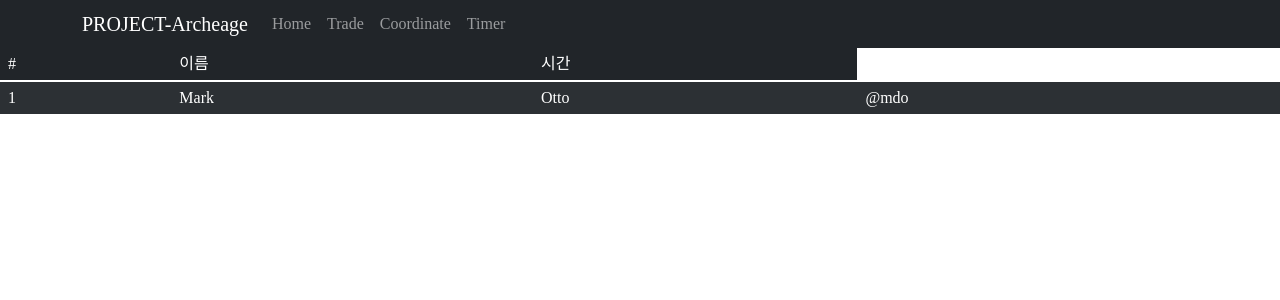
Repository: minsang98/project-archeage
Page: /timer
An editor plug-in stored every save of this project. The page is shown before and after the next save, followed by the edit.
The browser window is 1280 px wide. The pictures show the whole page.
The project was rebuilt for these pictures with package versions that can differ from the ones it lists, and the page was loaded fresh each time. Imported but missing from the stored project, and not drawn on this page: src/components/Timer/lol.mp3.

Above is the page before, as saved 2022-01-10 22:46:36.

### src/components/Navigation.js
import React from 'react';
import { Navbar, Container, Nav } from 'react-bootstrap';
import { Link } from 'react-router-dom';

const Navigation = () => {
  return (
    /* NAVIGATION COMPONENT */
    <Navbar bg="dark" variant="dark">
      <Container>
        <Navbar.Brand href="#home">PROJECT-Archeage</Navbar.Brand>
        <Nav className="me-auto">
          <Nav.Link to="/" as={Link}>
            Home
          </Nav.Link>
          <Nav.Link to="/trade" as={Link}>
            Trade
          </Nav.Link>
          <Nav.Link to="/coordinate" as={Link}>
            Coordinate
          </Nav.Link>
          <Nav.Link to="/timer" as={Link}>
            Timer
          </Nav.Link>
        </Nav>
      </Container>
    </Navbar>
  );
};

export default Navigation;

### src/components/Loading.js
import React from 'react';
import { Spinner } from 'react-bootstrap';

const Loading = () => {
  return (
    /* LOADING COMPONENT */
    <Spinner animation="border" role="status">
      <span className="visually-hidden">Loading...</span>
    </Spinner>
  );
};

export default Loading;

### src/container/TimerContainer.js
import React from 'react';

import Timer from '../components/Timer/Timer';

const TimerContainer = () => {
  return (
    <div>
      <Timer />
    </div>
  );
};

export default TimerContainer;

### src/components/Timer/Timer.js
import React from 'react';
import styled from 'styled-components';

import sound from './lol.mp3';
import schedule from './schedule.js';

import { Table } from 'react-bootstrap';

// const
const Timer = () => {
  const audio = new Audio(sound);
  // audio.play();
  return (
    <div>
      <div>{schedule.map((v) => console.log(v.name))}</div>
      <Table striped bordered hover variant="dark">
        <thead>
          <tr>
            <th>#</th>
            <th>이름</th>
            <th>시간</th>
          </tr>
        </thead>
        <tbody>
          <tr>
            <td>1</td>
            <td>Mark</td>
            <td>Otto</td>
            <td>@mdo</td>
          </tr>
          {schedule.map((v, i) => {
            <tr>
              <td>{i + 1}</td>
              <td>{v.name}</td>
              <td>{v.time[0]}</td>
            </tr>;
          })}
        </tbody>
      </Table>
    </div>
  );
};

export default Timer;

### src/components/Timer/schedule.js
/* eslint-disable import/no-anonymous-default-export */
export default [
  {
    id: 0,
    name: '낮징',
    location: ['이니스테르', '십자별 평원', '태양의 들녘'],
    compensation: [],
    time: [
      '0020',
      '0120',
      '0420',
      '0520',
      '0820',
      '0920',
      '1220',
      '1320',
      '1620',
      '1720',
      '2020',
      '2120',
    ],
  },
  {
    id: 1,
    name: '밤징',
    location: ['이니스테르', '십자별 평원'],
    compensation: [],
    time: ['0220', '0620', '1020', '1420', '1820', '2220'],
  },
  {
    id: 2,
    name: '샤크라/글렌/레이나',
    location: ['심연의 입구', '태양의 들녘'],
    compensation: [],
    time: ['0320', '0720', '1120', '1520', '1920', '2320'],
  },
  {
    id: 3,
    name: '황금 평원',
    location: ['인스턴스 / 세력전'],
    compensation: [],
    time: ['0130', '1430', '2030'],
  },
  {
    id: 4,
    name: '붉은 용',
    location: ['인스턴스 / 공격대'],
    compensation: [],
    time: ['0200', '1515', '2115'],
  },
  {
    id: 5,
    name: '카둠',
    location: ['인스턴스 / 공격대'],
    compensation: [],
    time: ['0200', '1515', '2115'],
  },
];

Loaded but not shown: public/index.html (common file); src/index.js (common file); src/index.css (common file); src/App.js (common file); src/reportWebVitals.js (common file); src/App.css (common file)

After the next save:
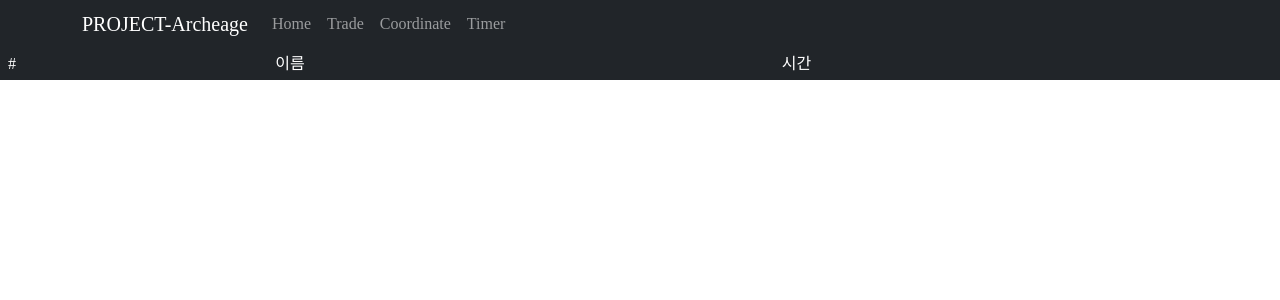
Saved 6 s later.
--- a/src/components/Timer/Timer.js
+++ b/src/components/Timer/Timer.js
@@ -22,12 +22,6 @@ const Timer = () => {
           </tr>
         </thead>
         <tbody>
-          <tr>
-            <td>1</td>
-            <td>Mark</td>
-            <td>Otto</td>
-            <td>@mdo</td>
-          </tr>
           {schedule.map((v, i) => {
             <tr>
               <td>{i + 1}</td>
